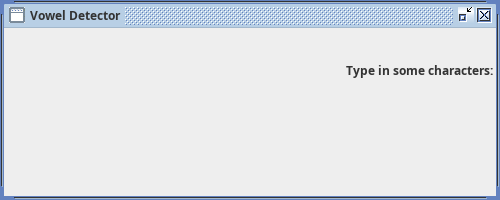
Repository: armandodollia/Java101
Program's window: java Lab5/src/isVowel.java
The author's editor kept a copy of each file at every save. The program's window is drawn from the files as they stood at one save, then again after the next save.
It runs on Java 21 on a 1366 x 768 screen with the Metal look.

Above is the program's window before, as saved 2014-10-01 17:07:58.

### Lab5/src/isVowel.java
import java.awt.Container;
import java.awt.GridLayout;

import javax.swing.JFrame;
import javax.swing.JLabel;
import javax.swing.SwingConstants;


public class isVowel extends JFrame{
	private JLabel character;
	private static final int width = 500;
	private static final int height = 200;

	public isVowel(){
		setTitle("Vowel Detector");
		character = new JLabel("Type in some characters: ", SwingConstants.RIGHT);

		Container pane = getContentPane();
		pane.setLayout(new GridLayout(2, 1));

		pane.add(character);

		setSize(width,height);
		setVisible(true);
		setDefaultCloseOperation(EXIT_ON_CLOSE);
	}

	public static void main(String[] args) {

		isVowel window = new isVowel();


	}

}

After the next save:
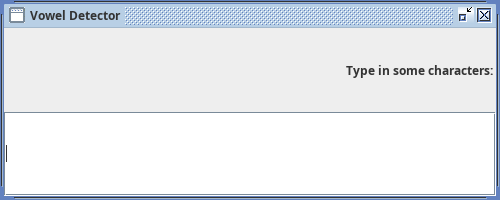
Saved 3 min 6 s later.
--- a/Lab5/src/isVowel.java
+++ b/Lab5/src/isVowel.java
@@ -3,11 +3,13 @@
 
 import javax.swing.JFrame;
 import javax.swing.JLabel;
+import javax.swing.JTextField;
 import javax.swing.SwingConstants;
 
 
 public class isVowel extends JFrame{
 	private JLabel character;
+	private JTextField charInput;
 	private static final int width = 500;
 	private static final int height = 200;
 
@@ -17,8 +19,10 @@
 
 		Container pane = getContentPane();
 		pane.setLayout(new GridLayout(2, 1));
+		charInput = new JTextField(10);
 
 		pane.add(character);
+		pane.add(charInput);
 
 		setSize(width,height);
 		setVisible(true);
